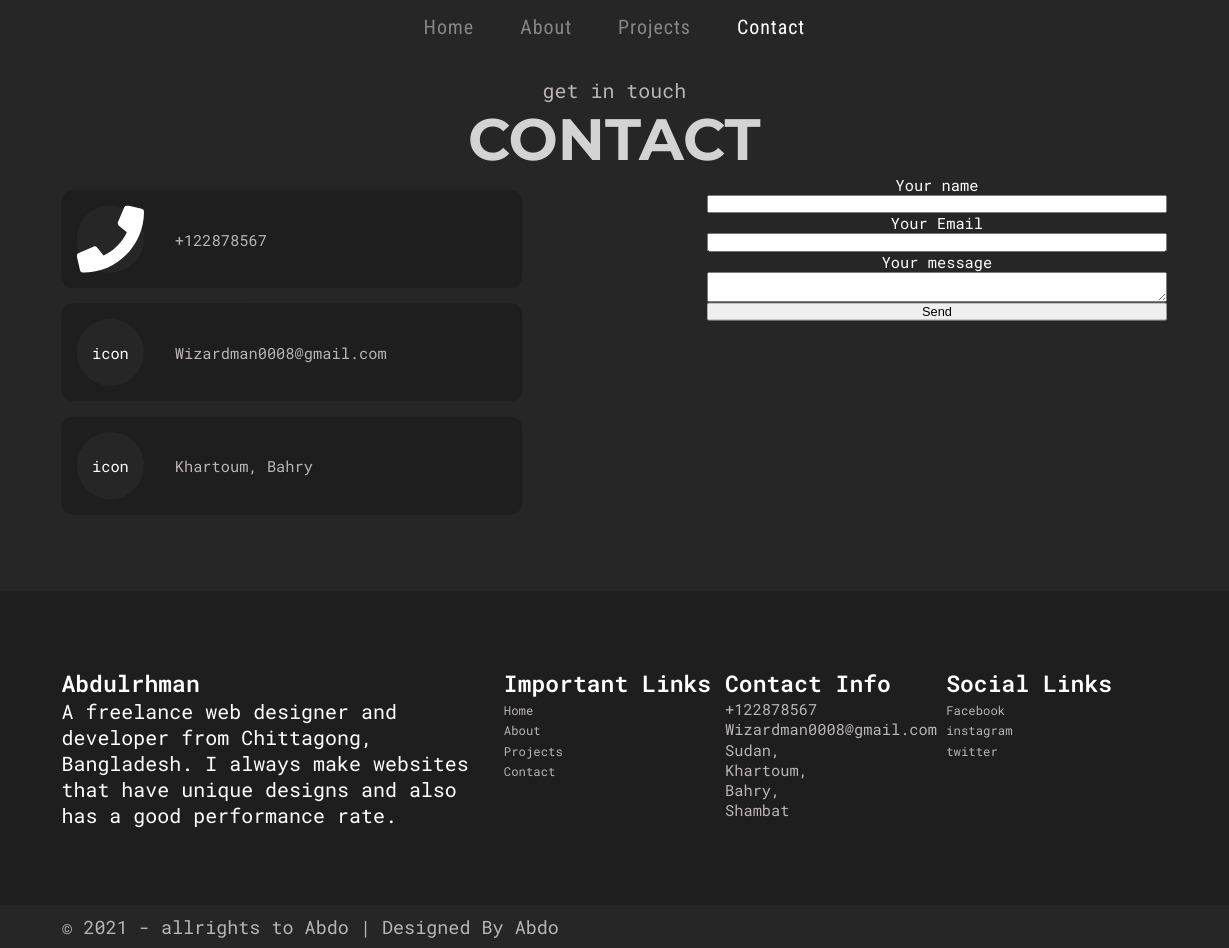
Repository: Abdoulrhman-altyeb/React-Typescript
Page: /contact
An editor plug-in stored every save of this project. The page is shown before and after the next save, followed by the edit.
The browser window is 1280 px wide. The pictures show the whole page, at 96% of full size.
The project was rebuilt for these pictures with package versions that can differ from the ones it lists, and the page was loaded fresh each time. Also part of the build but not shown: src/components/Button.tsx, src/components/ContactButton.tsx, src/components/HeroSection.tsx, src/components/AboutSection.tsx, src/assits/data/Services.ts, src/components/ServiceItems.tsx, src/components/ServicesSection.tsx, src/components/ProjectsSection.tsx and 3 more.

Above is the page before, as saved 2021-05-20 17:51:11.

After the next save:
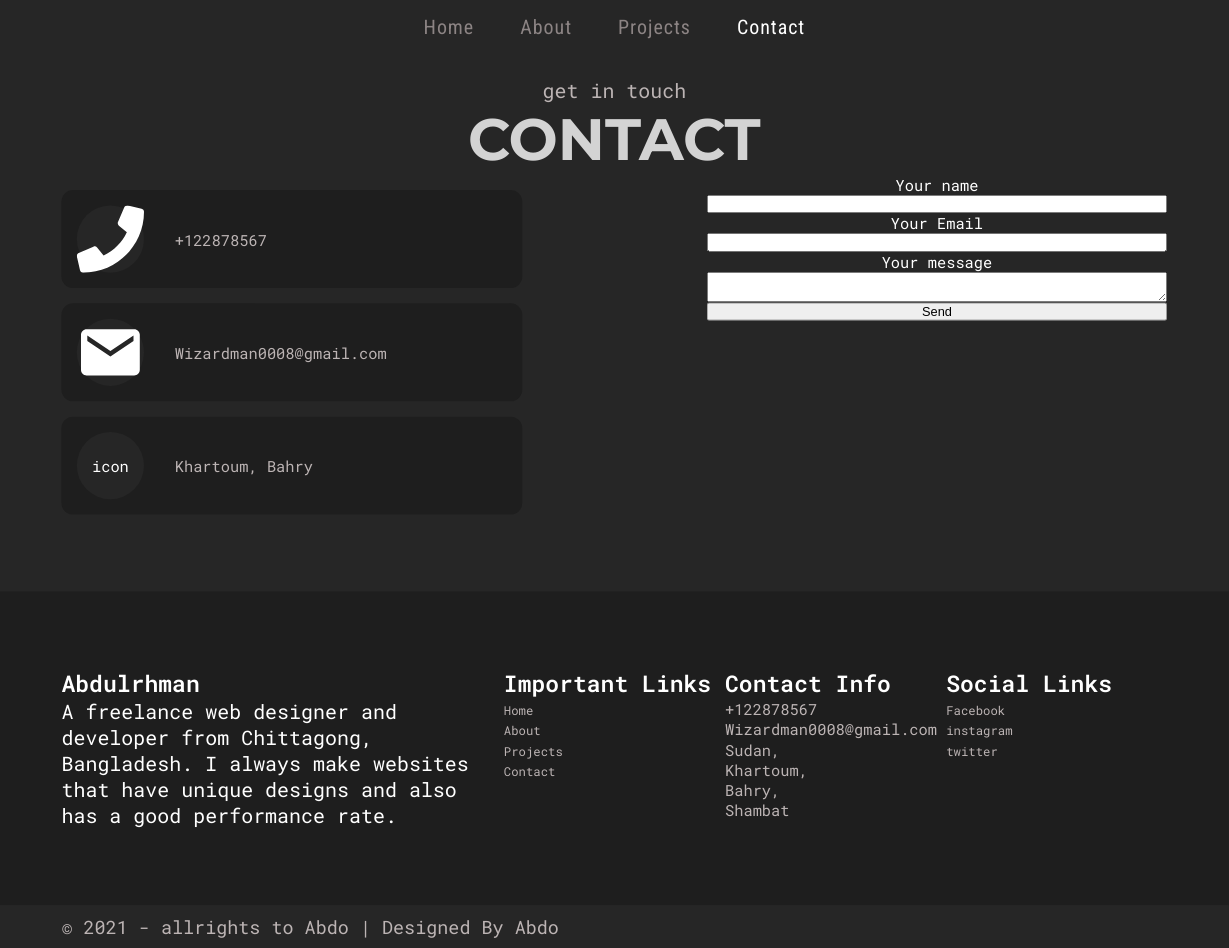
Saved 7 s later.
--- a/src/components/ContactSecion.tsx
+++ b/src/components/ContactSecion.tsx
@@ -19,7 +19,7 @@ const ContactSection: React.FC = () => {
                         </div>
                         <div className="mail">
                             <div className="icon">
-                                icon
+                                <IoMdMail/>
                             </div>
                             <span>Wizardman0008@gmail.com</span>
                         </div>
